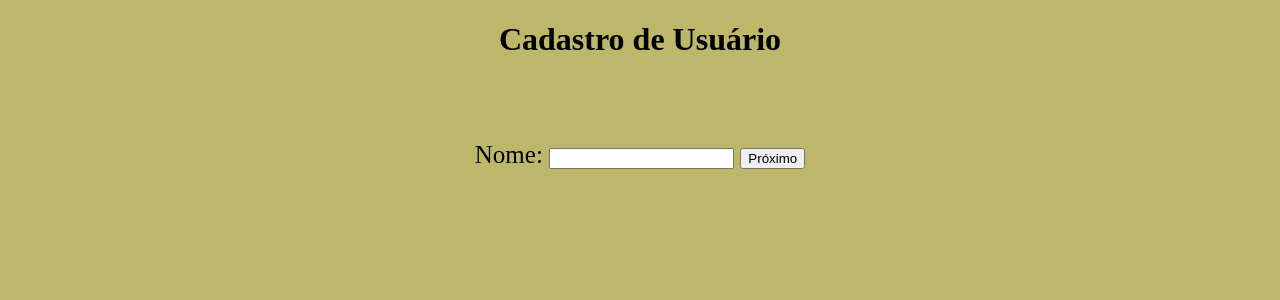
Repository: yoda4ever/playground
Page: http://localhost/Mod06_ex02B/tela1.jsp
An editor plug-in stored every save of this project. The page is shown before and after the next save, followed by the edit.
The browser window is 1280 px wide. The pictures show the whole page.
The page is served by Tomcat 9.

Above is the page before, as saved 2017-05-06 15:45:16.

After the next save:
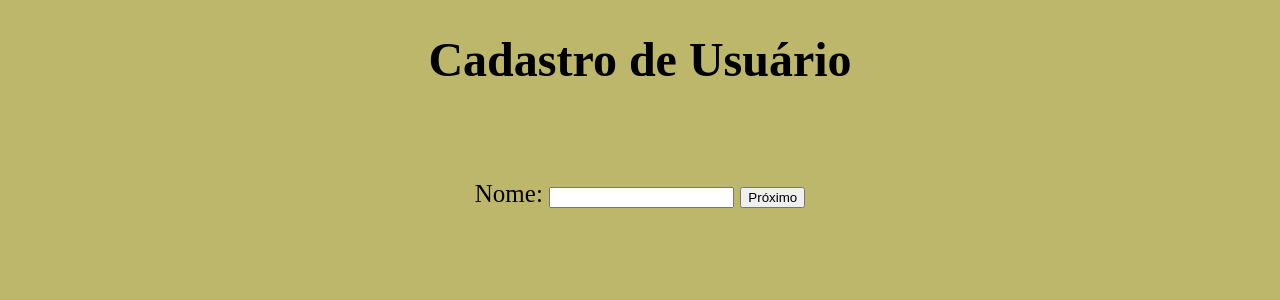
Saved 97 s later.
--- a/Mod06_ex02B/WebContent/tela1.jsp
+++ b/Mod06_ex02B/WebContent/tela1.jsp
@@ -9,7 +9,9 @@
 <body style="background-color: darkkhaki;">
 
 		<center>
-			<h1>Cadastro de Usuário</h1>
+			<h1 style="font-family: cursive;font-size: -webkit-xxx-large;">
+				Cadastro de Usuário
+			</h1>
 		</center>
 
 		<br><br>
